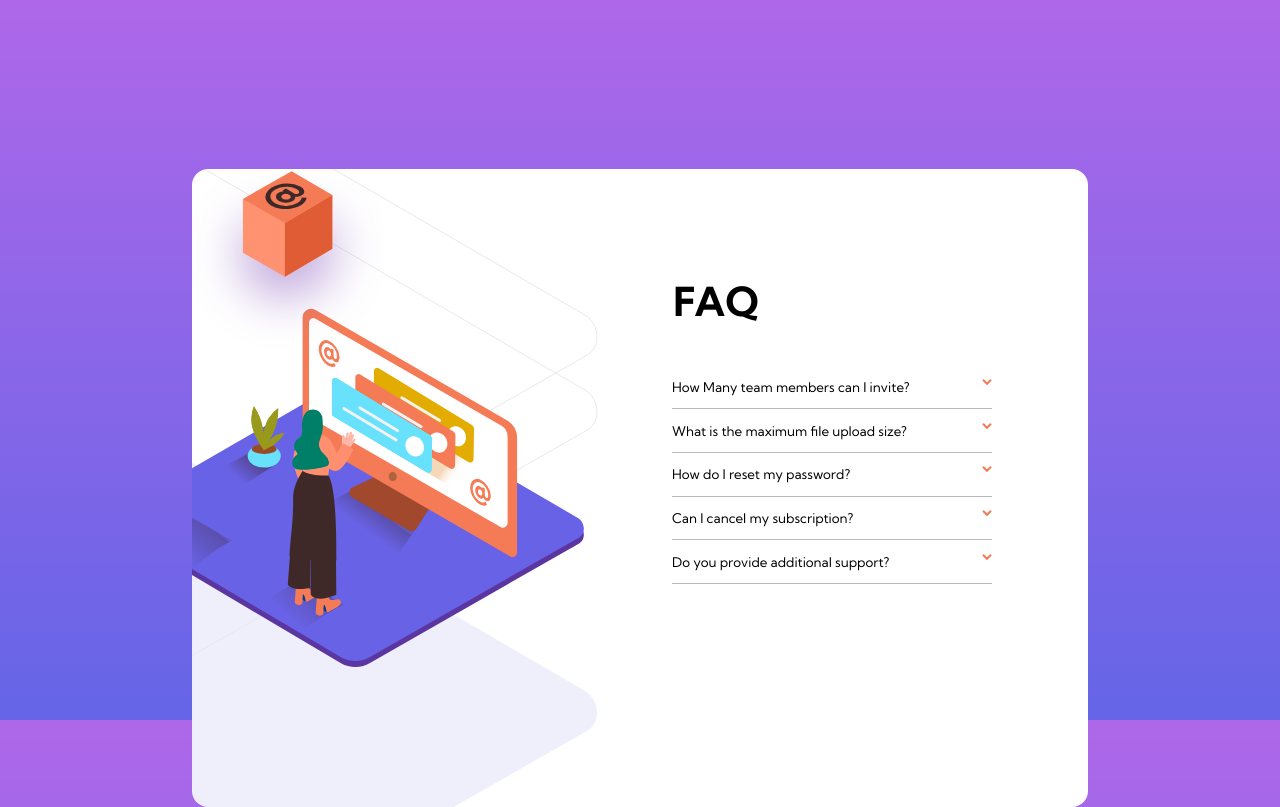
Repository: ryanwilll/ProjetoFAQ
Page: index.html
The author's editor kept a copy of each file at every save. The page is drawn from the files as they stood at one save, then again after a run of saves.
The browser window is 1280 px wide. The pictures show the whole page.

Above is the page before, as saved 2022-10-28 12:12:55.

After the next 2 saves:
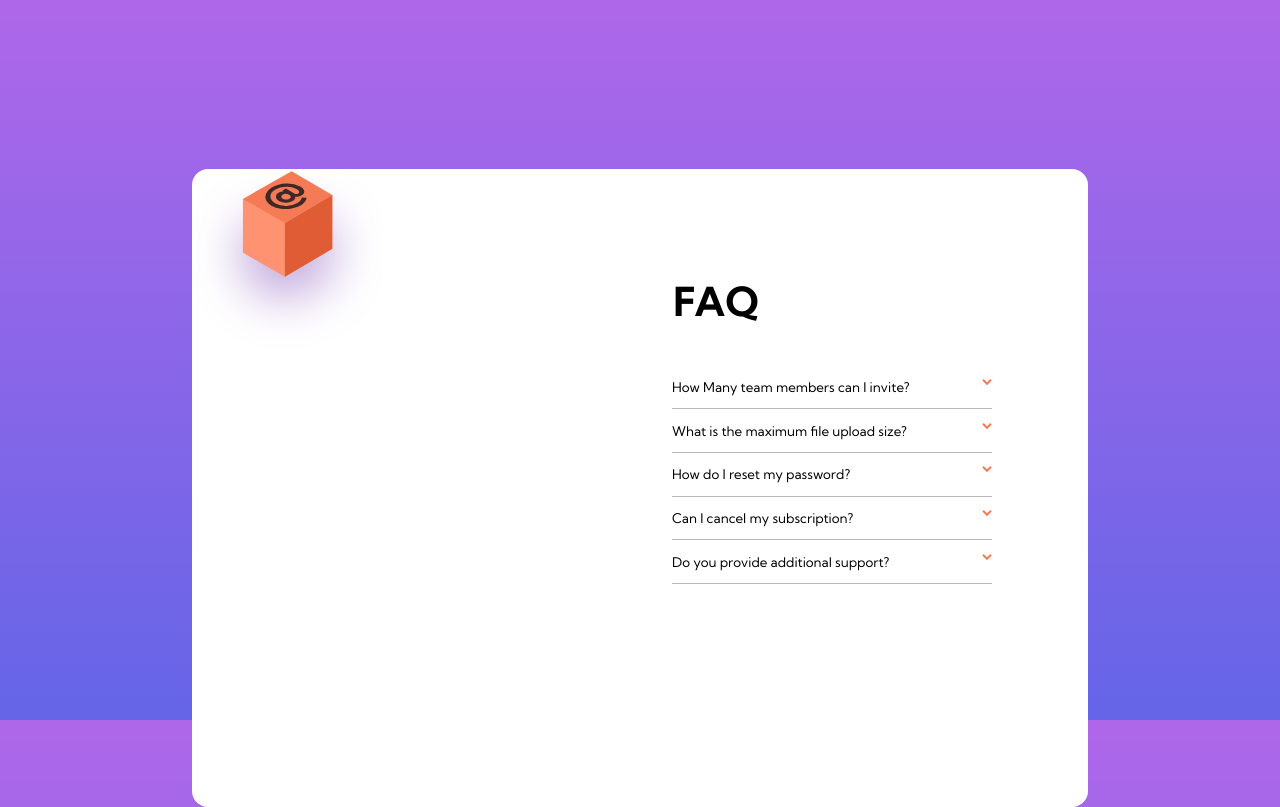
The 2 saves are shown as one change because they came seconds apart.
The last was saved 6 s later.
--- a/css/allmedia.css
+++ b/css/allmedia.css
@@ -142,7 +142,8 @@
 
     background: url(../images/illustration-woman-online-desktop.svg) center left -5em
         no-repeat,
-      url(../images/bg-pattern-desktop.svg) bottom -11em left -35em no-repeat;
+      url(../images/bg-pattern-desktop.svg) bottom -11em left -35em no-repeat,
+
     background-color: white;
     /*background-image: url(../images/illustration-woman-online-desktop.svg);
     background-position: -5em center;
